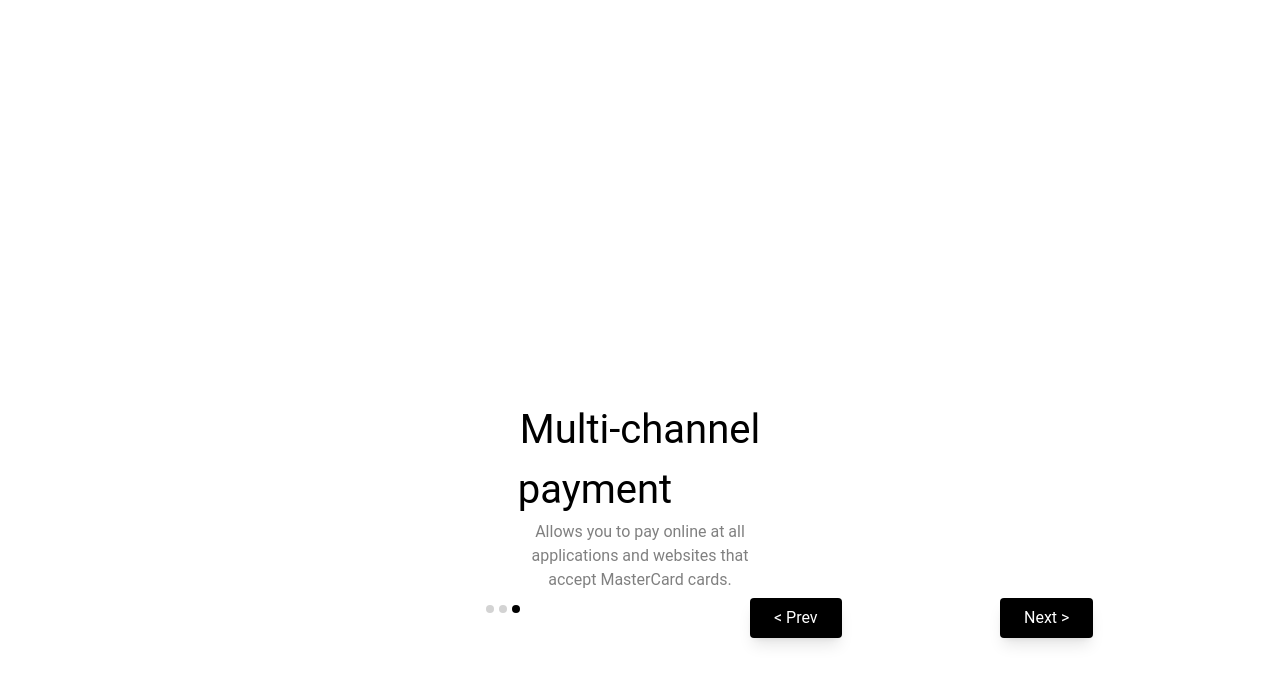
Repository: uh-sman/LottieApp
Page: /Card
These files come from the project's save history. The page is drawn as it stood at one moment and after the next save; the edit follows.
The browser window is 1280 px wide. The pictures show the whole page.
The project was rebuilt for these pictures with package versions that can differ from the ones it lists, and the page was loaded fresh each time. Also part of the build but not shown: src/App.css, src/components/Piggybank.js, src/components/Hero.js, src/components/Maincontainer.js, src/components/Success.js.

Above is the page before, as saved 2022-09-11 19:48:13.

After the next save:
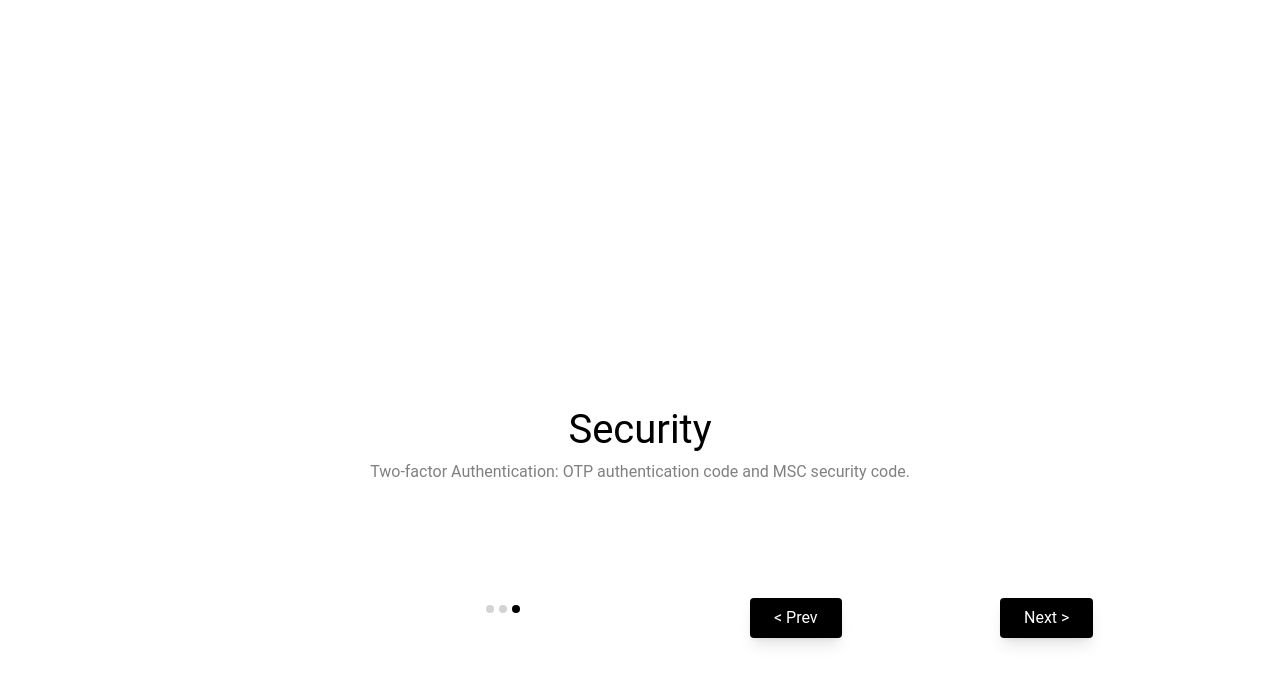
Saved 85 s later.
--- a/src/components/Card.js
+++ b/src/components/Card.js
@@ -30,17 +30,11 @@ export const Card = () => {
           {/* {state && <Lottie options={defaultOptions} height={400} width={400} />} */}
         </div>
         <div className="channel">
-          <h1>
-            Multi-channel
-            <br />
-            <span className="left">payment</span>
-          </h1>
+          <h1>Security</h1>
           <div>
             <p className="text">
-              Allows you to pay online at all <br /> applications and websites
-              that
-              <br />
-              accept MasterCard cards.
+              Two-factor Authentication: OTP authentication code and MSC
+              security code.
             </p>
           </div>
         </div>
